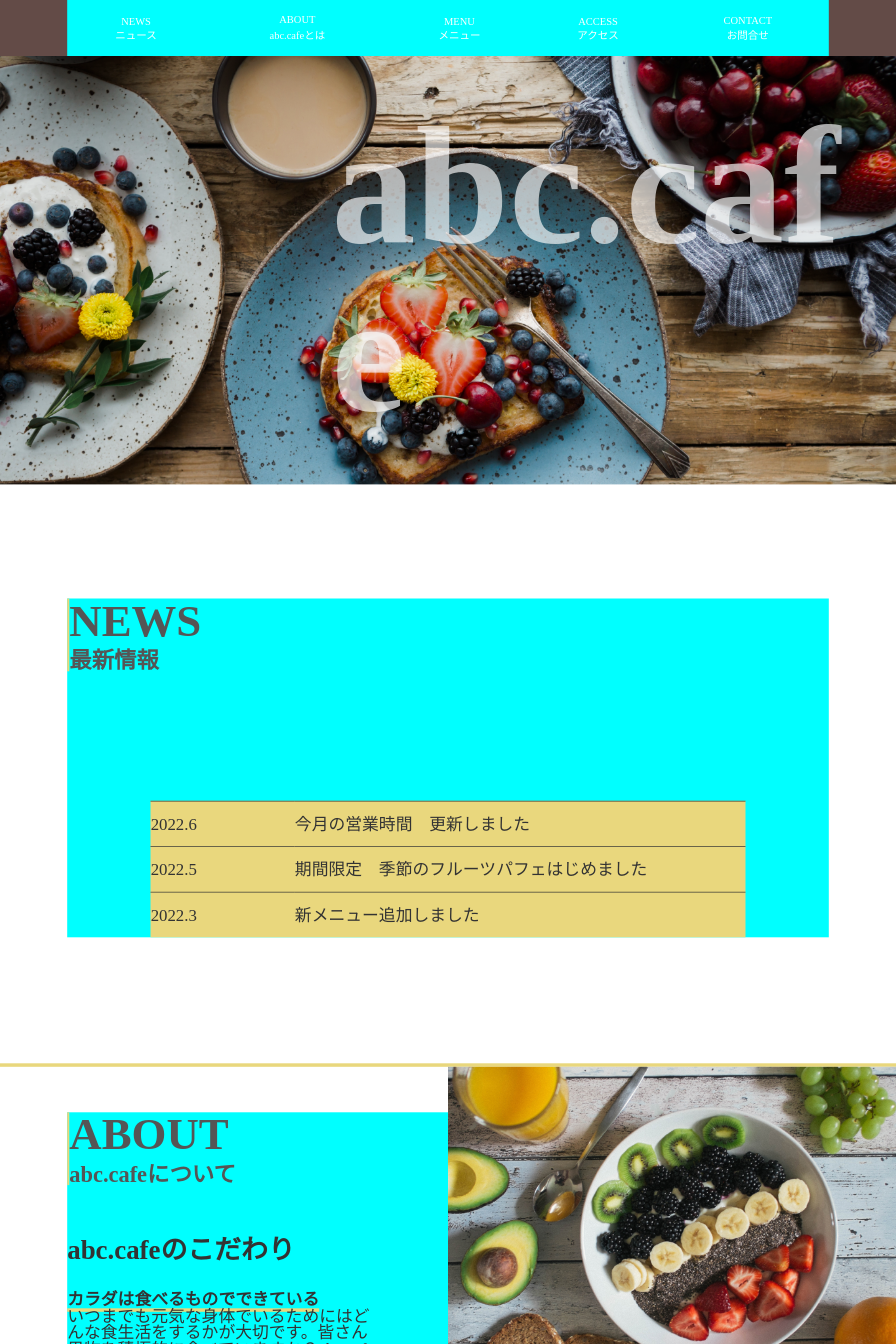
Repository: nozomi-23/lp1_test
Page: index.html
An editor plug-in stored every save of this project. The page is shown before and after a run of saves, followed by the edit.
The browser window is 1280 px wide. The pictures show the part of the page from y = 0 to 1920 px (the page is 3002 px tall before and 3005 px after), at 70% of full size.

Above is the page before, as saved 2022-06-08 14:06:45.

After the next 4 saves:
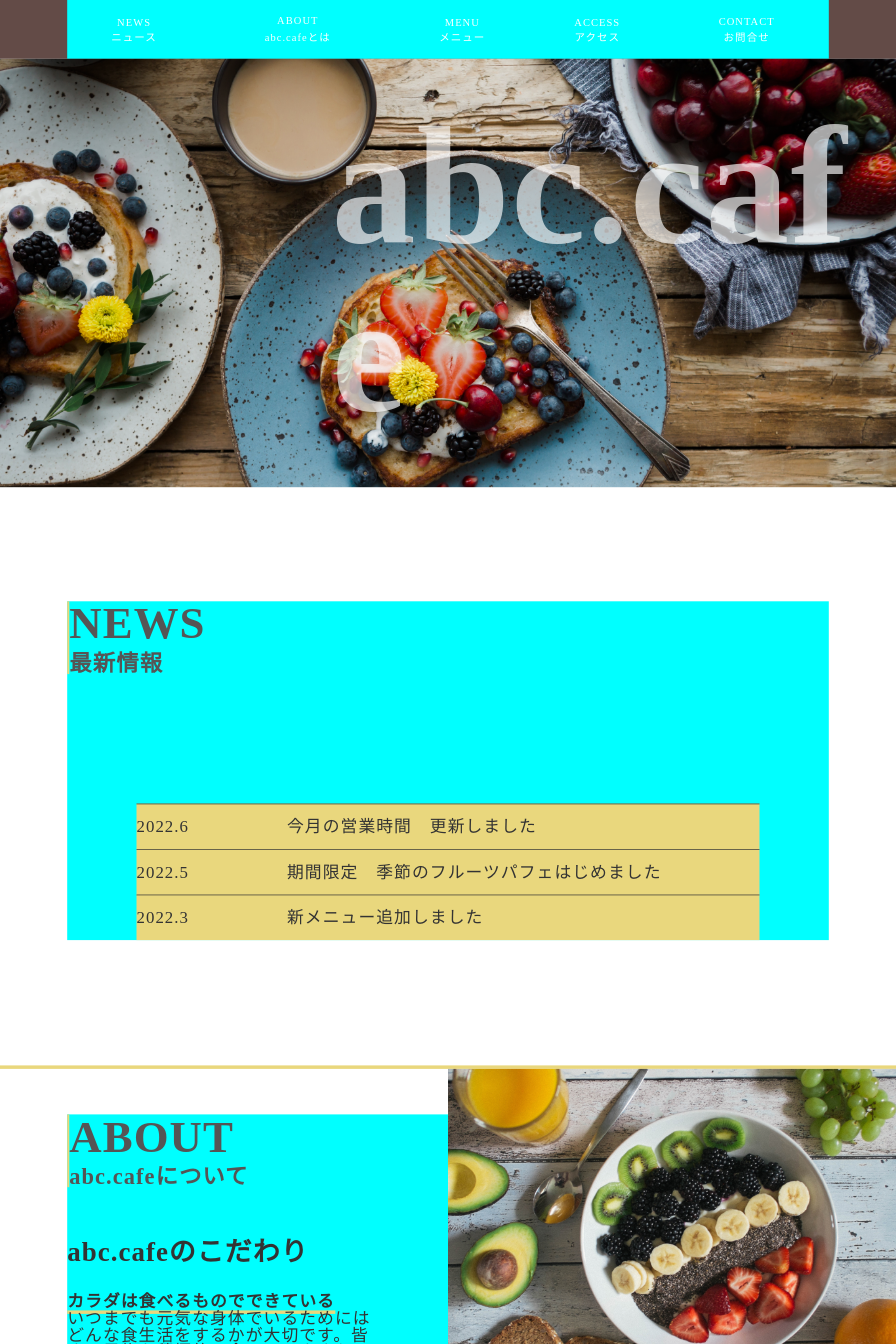
The 4 saves are shown as one change because they came seconds apart.
The last was saved 2 min 26 s later.
--- a/css/common.css
+++ b/css/common.css
@@ -5,7 +5,7 @@ body {
   color: #333;
   font-family: 'Noto Serif JP', serif;
   word-break: break-all;
-  letter-spacing: 5%;
+  letter-spacing: 0.1em;
   /* line-height: 5%; */
 }
 a {
